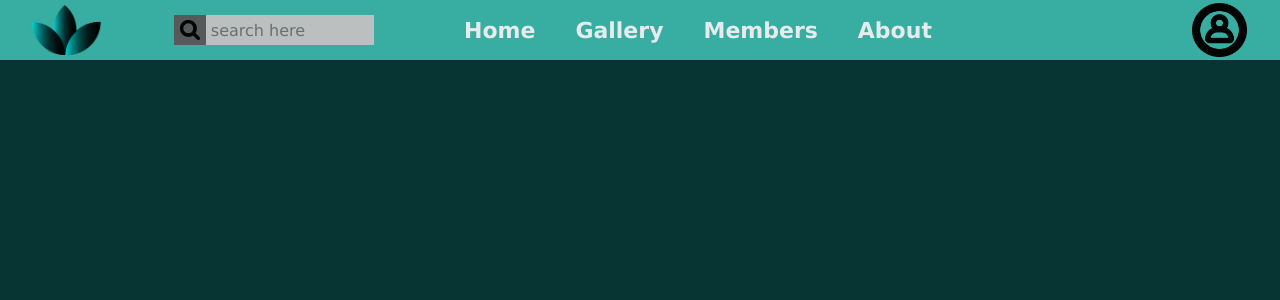
Repository: RawahaMR11/my_assignments
Page: rawaha computer/Shah Designs web/Shah home page.html
These files come from the project's save history. The page is drawn as it stood at one moment and after the next save; the edit follows.
The browser window is 1280 px wide. The pictures show the whole page.

Above is the page before, as saved 2024-12-12 17:34:06.

### rawaha computer/Shah Designs web/Shah home page.html
<!DOCTYPE html>
<html lang="en">
<head>
      <meta charset="UTF-8">
      <meta name="viewport" content="width=device-width, initial-scale=1.0">
      <title>Shah Designs</title>
      <link rel="stylesheet" href="Shah home page.css">
</head>
<body>
<div class="my-display">
      <header>
            <div class="logo">
                  <img src="logo.png" alt="Shah Designs logo">
            </div><!--end logo-->
            <div class="search">
                  <img src="search.png" alt="Search-icon">
                  <input type="text" placeholder="search here">
            </div><!--end search-->
            <div class="home">
                  <a href="Shah home page.html">Home</a>
            </div><!--end home-->
            <div class="gallery">
                  <a href="#">Gallery</a>
            </div><!--end gallery-->
            <div class="members">
                  <a href="#">Members</a>
            </div><!--end members -->
            <div class="about">
                  <a href="#">About</a>
            </div><!--end about-->
            <div class="login">
                  <img src="sign in.png" alt="Login">
            </div><!--end login-->
      </header>
</div>
</body>
</html>

### rawaha computer/Shah Designs web/Shah home page.css
* {
      margin: 0;
      padding: 0;
}
body {
      display: block;
      font-size: 14px;
      background-color: rgb(6, 53, 51);
}
.my-display {
      width: 80%;
      margin: 0 auto;
      height: 100%;
      width: 100%;
}
/* css for opening my page on tablets (screens with width <=768px) */
@media screen and (max-width: 768px) {
      body {
            font-size: 16px;
      }
      .my-display {
            width: 100%;
      }
}
/* css for opening my page on laptops,pcs etc (screens with width <=1080px) */
@media screen and (max-width: 1080px) {
      body {
            font-size: 14px;
      }
      .my-display {
            width: 100%;
      }
}
/* css for opening my page on phones (screens with width <=480px) */
@media screen and (max-width: 480px) {
      body {
            font-size: 10px;
      }
      .my-display {
            width: 100%;
      }
}
header {
      width: 100%;
      height: 60px;
      display: flex;
      align-items: center;
      background-color: rgb(62, 188, 176);
      opacity: 90%;
      gap: 40px;
}
.logo {
      height: 83%;
      width: 70px;
      margin: 0 2rem 0;
}
.logo img {
      height: 100%;
      width: 100%;
}
.search {
      width: 200px;
      height: 30px;
      background-color: rgb(95, 95, 95);
      display: flex;
      align-items: center;
      justify-content: space-evenly;
}
.search img {
      width: 10%;
      height: 65%;
      padding: 6px;
}
.search input {
      width: 90%;
      padding: 5.34px;
      border: none;
      outline: none;
      background-color: rgb(207, 207, 207);
      font-family: Verdana, Geneva, Tahoma, sans-serif;
      font-size: 16px;
}
.home {
      font-family: Verdana, Geneva, Tahoma, sans-serif;
      font-size: 22px;
      margin-left: 50px;
}
.home a {
      text-decoration: none;
      font-weight: 700;
      color: white;
}
.gallery {
      font-family: Verdana, Geneva, Tahoma, sans-serif;
      font-size: 22px;
}
.gallery a {
      text-decoration: none;
      font-weight: 700;
      color: white;
}
.members {
      font-family: Verdana, Geneva, Tahoma, sans-serif;
      font-size: 22px;
}
.members a {
      text-decoration: none;
      font-weight: 700;
      color: white;
}
.about {
      font-family: Verdana, Geneva, Tahoma, sans-serif;
      font-size: 22px;
}
.about a {
      text-decoration: none;
      font-weight: 700;
      color: white;
}
.login {
      height: 90%;
      width: 55px;
      float: right;
      margin-left: 220px;
}
.login img {
      height: 100%;
      width: 100%;
      cursor: pointer;
}

After the next save:
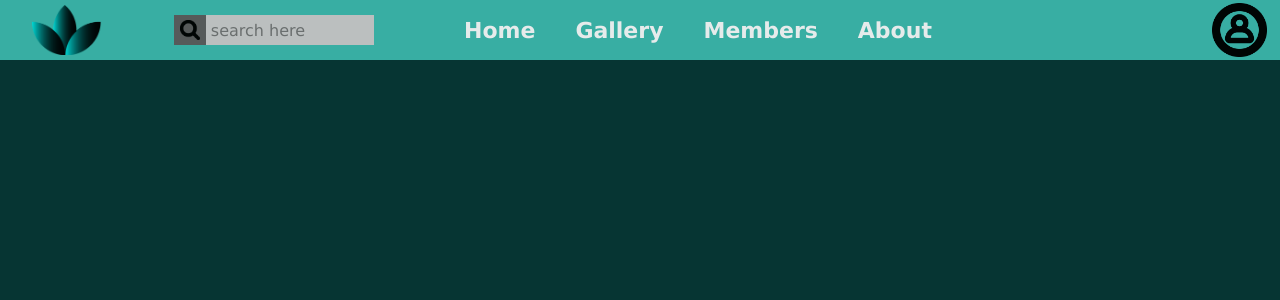
Saved 8 s later.
--- a/rawaha computer/Shah Designs web/Shah home page.css
+++ b/rawaha computer/Shah Designs web/Shah home page.css
@@ -121,7 +121,7 @@ header {
       height: 90%;
       width: 55px;
       float: right;
-      margin-left: 220px;
+      margin-left: 240px;
 }
 .login img {
       height: 100%;
